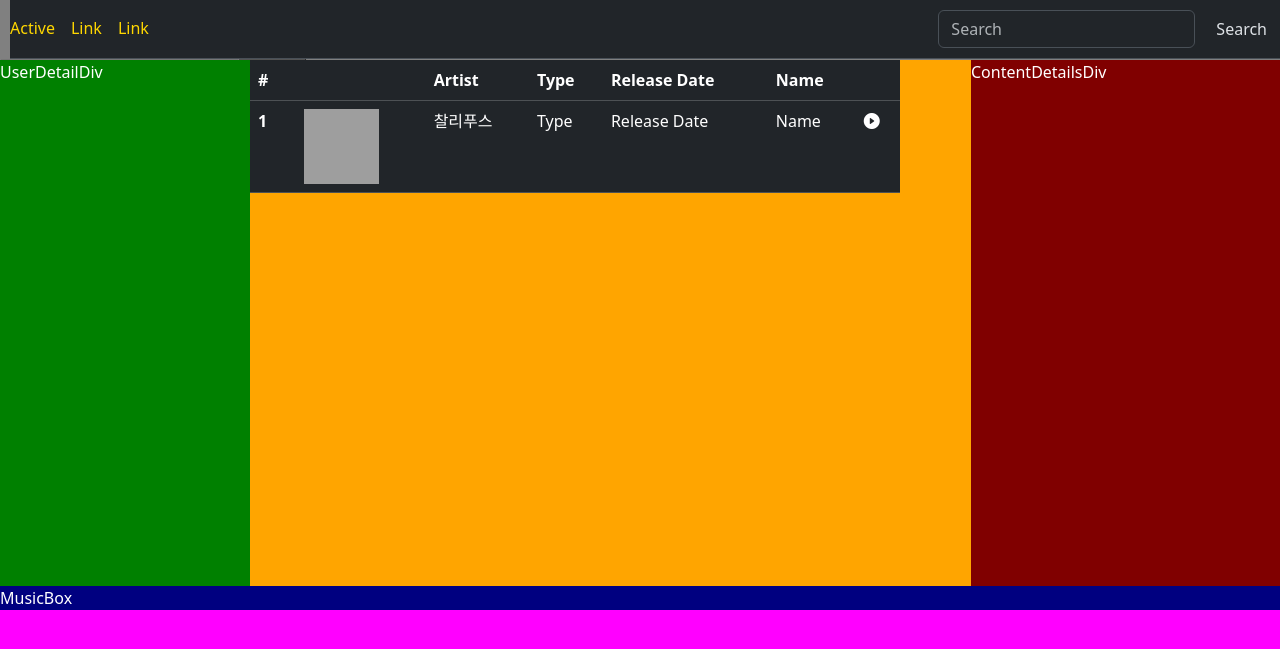
Repository: budflower44/My_Music_Life
Page: http://localhost/my_music_life/WEB-INF/views/mml/main.jsp
The author's editor kept a copy of each file at every save. The page is drawn from the files as they stood at one save, then again after the next save.
The browser window is 1280 px wide. The pictures show the whole page.
Pictures or frames that could not be fetched are drawn as grey boxes. The page is served by Tomcat 9. Nobody is signed in. Other server files are loaded and not shown. The template is opened directly, without the code that normally fills it, so the values that code supplies are empty.

Above is the page before, as saved 2024-02-15 05:22:34.
Console error: TypeError: Cannot read properties of null (reading 'addEventListener')

### my_music_life/src/main/webapp/WEB-INF/views/mml/main.jsp
<%@ page language="java" contentType="text/html; charset=UTF-8"
    pageEncoding="UTF-8"%>
<!DOCTYPE html>
<html>
<head>
<meta charset="UTF-8">
<title>Insert title here</title>
</head>
<link rel="stylesheet" href="https://cdn.jsdelivr.net/npm/bootstrap-icons@1.10.5/font/bootstrap-icons.css">
<link href="https://cdn.jsdelivr.net/npm/bootstrap@5.3.1/dist/css/bootstrap.min.css" rel="stylesheet" integrity="sha384-4bw+/aepP/YC94hEpVNVgiZdgIC5+VKNBQNGCHeKRQN+PtmoHDEXuppvnDJzQIu9" crossorigin="anonymous">
<script src="https://cdn.jsdelivr.net/npm/@popperjs/core@2.11.8/dist/umd/popper.min.js" integrity="sha384-I7E8VVD/ismYTF4hNIPjVp/Zjvgyol6VFvRkX/vR+Vc4jQkC+hVqc2pM8ODewa9r" crossorigin="anonymous"></script>
<script src="https://cdn.jsdelivr.net/npm/bootstrap@5.3.1/dist/js/bootstrap.min.js" integrity="sha384-Rx+T1VzGupg4BHQYs2gCW9It+akI2MM/mndMCy36UVfodzcJcF0GGLxZIzObiEfa" crossorigin="anonymous"></script>
<style>
body{
	background-color : black;
	color: white;
	padding: 0;
	margin: 0;
}
.parentsDiv{
	height: 100vh;
	width: 100vw;
	display: flex;
	flex-direction: column;
}
.HeaderDiv{
	background-color: aqua;
	height: 60px;
}
.MidDiv{
	background-color: blue;
	height: calc(100vh - 214px);
	min-height: calc(100vh - 194px);
	display:flex;
}
.FooterDiv{
	background-color: fuchsia;
	height: 154px;
	padding: 0;
	margin: 0;
	position:sticky;
	top: calc(100vh - 214px);
}
.SearchLineDiv{
	background-color: gray;

}
.UserDetailDiv{
	background-color: green;
	width: 250px;
	min-width: 250px;
}
.ContentsDiv{
	background-color: orange;
	width: 100%;
	height:calc(100vw-550px);
	display: flex;
	justify-content: space-between;
	overflow: scroll;
}
.ContentDiv{
	background-color: lime;
	width: 70%;
	height: calc(100vw-550px);
	overflow: scroll;
	align-items: flex-start;
}
.ContentDetailsDiv{
	background-color: maroon;
	width: 30%;
	min-width: 300px;
	height: 100%
}
.MusicBox{
	background-color: navy;
	padding: 0;
	margin: 0;

}
.searchDiv{
	background-color: black;
	width: 650px;
	height: 75px;
}
.searchDiv img{
	margin-left: 10px;
}
.searchDiv span{
	text-align: center;
}
.playIcon {
	display: inline;
}

.navDiv{
	position:sticky;
	padding-left: 10px;
}
.nav-link{
	color: gold;
}
.nav-link:hover {
	color: white;
}
</style>
<body>
<div class="parentsDiv">
	<div class="HeaderDiv">
		<div class="SearchLineDiv">
				<div class="navDiv">
					<nav class="navbar bg-dark border-bottom border-body" data-bs-theme="dark">
						<ul class="nav nav-underline justify-content-end">
							<li class="nav-item"><a class="nav-link" aria-current="page" href="#">Active</a></li>
							<li class="nav-item"><a class="nav-link" href="#">Link</a></li>
							<li class="nav-item"><a class="nav-link" href="#">Link</a></li>
						</ul>
						<form class="d-flex" role="search">
        					<input class="form-control me-2 " id="searchKeyword" type="search" placeholder="Search" aria-label="Search">
        					<button class="btn" type="button" id="searchBtn">Search</button>
      					</form>
					</nav>
				</div>
				<input type="text" id="searchKeyword"><button type="button" id="searchBtn">Search</button>
		</div>
	</div>
	<div class="MidDiv">
		<div class="UserDetailDiv">UserDetailDiv</div>
		<div class="ContentsDiv">
			<div class="contentDiv">
				<div class="searchDiv 1" id="MusicBox">
				<table class="table table-dark table-hover">
					<tr>
						<th>#<th>
						<th>Artist</th>
						<th>Type</th>
						<th>Release Date</th>
						<th>Name</th>
						<th></th>
					</tr>
					<tr>
						<th>1<th>
						<img alt="" src="https://i.scdn.co/image/ab67616d0000b273a3b39c1651a617bb09800fd8" style="height:75px; width:75px; display:inline;">
						<td>찰리푸스</td>
						<td>Type</td>
						<td>Release Date</td>
						<td>Name</td>
						<td><i class="bi bi-play-circle-fill"></i></th>
					</tr>
<!--
					<span>artistName : </span>
					<span>type</span>
					<span>release Date : </span>
					<span>name : </span>
					<div class="playIcon ">

					</div> -->
				</table>
				</div>
			</div>
			<div class="ContentDetailsDiv">ContentDetailsDiv</div>
		</div>
	</div>
	<div class="FooterDiv">
		<div class="MusicBox" >MusicBox</div>
	</div>
	<div></div>
</div>

<script src="/resources/js/spotifyAPI.js"></script>

</body>
</html>

Loaded but not shown: my_music_life/src/main/webapp/resources/js/spotifyAPI.js (910 lines, source omitted)

After the next save:
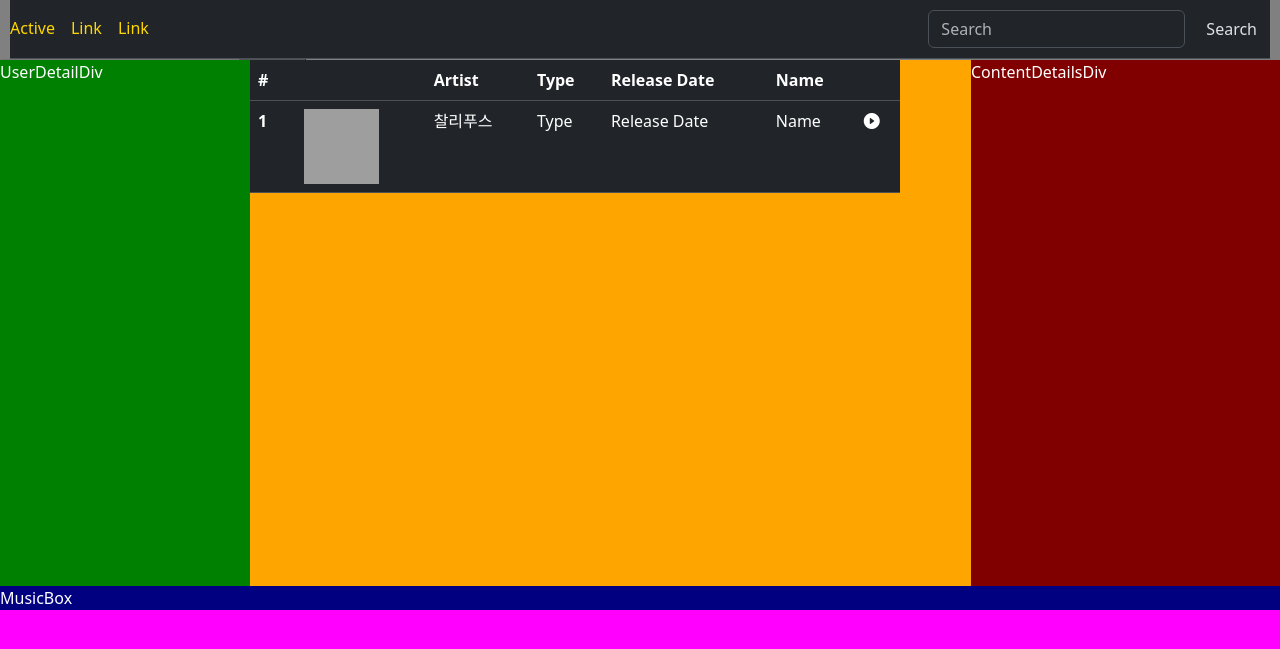
Saved 13 s later.
--- a/my_music_life/src/main/webapp/WEB-INF/views/mml/main.jsp
+++ b/my_music_life/src/main/webapp/WEB-INF/views/mml/main.jsp
@@ -95,6 +95,7 @@ body{
 .navDiv{
 	position:sticky;
 	padding-left: 10px;
+	padding-right: 10px;
 }
 .nav-link{
 	color: gold;
